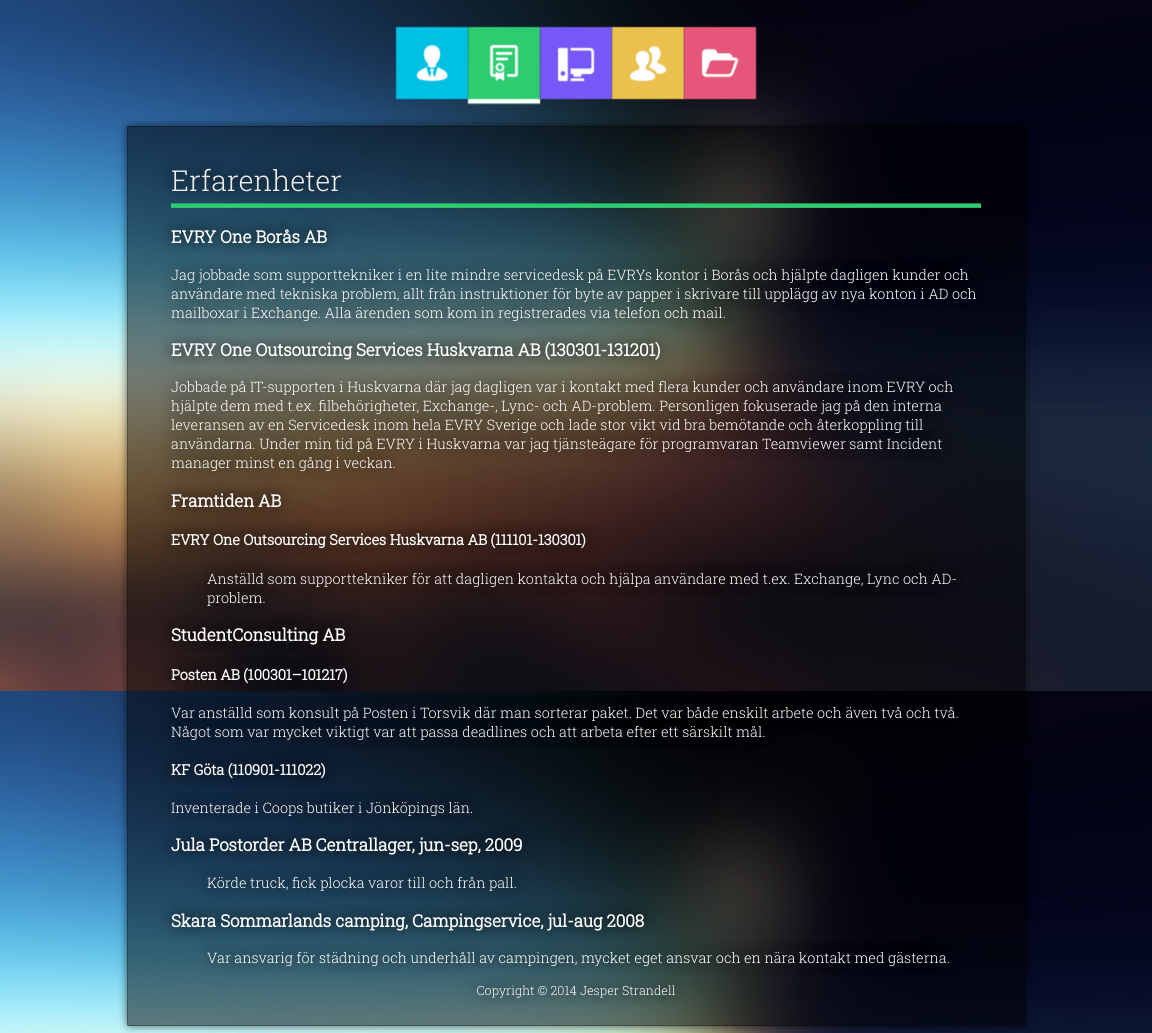
Repository: ja222vv/minipage
Page: pages/experience.html
The author's editor kept a record of every edit. The page is drawn from the files as they stood at one moment, then again after the next edit.
The browser window is 1280 px wide. The pictures show the whole page, at 90% of full size.
Backgrounds fixed to the window are drawn as part of the page.

Above is the page before.
Not found: pages/scripts/script.js

### pages/experience.html
<!doctype html>
<html lang="sv">
    <head>
        <meta charset="UTF-8" />
        <title>Erfarenheter</title>
        <link rel="stylesheet" href="../css/style.css" />
        <link rel="stylesheet" href="../css/hover.css" />
    </head>
    <body>
        <div class="menu">
            <div class="tile blue shrink" id="aboutme">
                <a href="../index.html">
            	<img src="../css/pics/personimage.png" class="icon" />
            	<span class="title"></span>
                </a>
            </div>
            <div class="tile mint active shrink" id="experience">
                <a href="#" id="link_exp">
            	<img src="../css/pics/diploma.png" class="icon" />
            	<span class="title"></span>
            	</a>
            </div>
            <div class="tile purple shrink" id="knowledge">
                <a href="knowledge.html">
            	<img src="../css/pics/workstation.png" class="icon" />
                <span class="title"></span>
                </a>
            </div>
            <div class="tile yellow shrink" id="references">
                <a href="references.html">
                <img src="../css/pics/group.png" class="icon" />
            	<span class="title"></span>
                </a>
            </div>
            <div class="tile red shrink" id="portfolio">
            	<a href="portfolio.html">
            	<img src="../css/pics/folder.png" class="icon" />
            	<span class="title"></span>
            	</a>
            </div>
        </div>
        <div class="container">
		    <div class="headermint">
                <h1>Erfarenheter</h1>
            </div>
            <div class="subcontent">
                <h3>EVRY One Borås AB</h3>
                    Jag jobbade som supporttekniker i en lite mindre servicedesk på EVRYs kontor i Borås och hjälpte dagligen kunder och användare med tekniska problem,
                    allt från instruktioner för byte av papper i skrivare till upplägg av nya konton i AD och mailboxar i Exchange. Alla ärenden som kom in registrerades via telefon och mail.
                <h3>EVRY One Outsourcing Services Huskvarna AB (130301-131201)</h3>
                    Jobbade på IT-supporten i Huskvarna där jag dagligen var i kontakt med flera kunder och användare inom EVRY och hjälpte dem
                    med t.ex. filbehörigheter, Exchange-, Lync- och AD-problem. Personligen fokuserade jag på den interna leveransen av en Servicedesk
                    inom hela EVRY Sverige och lade stor vikt vid bra bemötande och återkoppling till användarna. Under min tid på EVRY i Huskvarna var jag tjänsteägare
                    för programvaran Teamviewer samt Incident manager minst en gång i veckan.
                <h3>Framtiden AB</h3>
                    <h4>EVRY One Outsourcing Services Huskvarna AB (111101-130301)</h4>
                    <ul class="nostyle">
                        Anställd som supporttekniker för att dagligen kontakta och hjälpa användare med t.ex. Exchange, Lync och AD-problem.
                    </ul>
                </ul>
                <h3>StudentConsulting AB</h3>
                    <h4>Posten AB (100301–101217)</h4>
                            Var anställd som konsult på Posten i Torsvik där man sorterar paket. Det var både enskilt arbete och även två och två. Något som var mycket viktigt var att passa deadlines och att arbeta efter ett särskilt mål.
                    <h4>KF Göta (110901-111022)</h4>

                            Inventerade i Coops butiker i Jönköpings län.
                </ul>
                <h3>Jula Postorder AB Centrallager, jun-sep, 2009</h3>
                    <ul class="nostyle">
                        Körde truck, fick plocka varor till och från pall.
                    </ul>
                <h3>Skara Sommarlands camping, Campingservice, jul-aug 2008</h3>
                    <ul class="nostyle">
                        Var ansvarig för städning och underhåll av campingen, mycket eget ansvar och en nära kontakt med gästerna.
                    </ul>
            </div>
		    <div class="footer">
		        <p>Copyright © 2014 Jesper Strandell</p>
		    </div>
        </div>
        <script type="text/javascript" src="scripts/script.js"></script>
    </body>
</html>

### css/style.css
@import url(//fonts.googleapis.com/css?family=Roboto+Slab:300);

@font-face {
    font-family: LeagueScript;
    src: url('LeagueScript.otf');
}

/*
outline: 7px solid rgba(255,255,255,0);
transition: outline .5s ease-out;
position: relative; /* outline */

html {
	background: #000 url(pics/wallpaper.jpg) no-repeat fixed center center;
	background-size: cover;
	overflow-y: scroll;
}

body {
	font-family: 'Roboto slab', serif;
	color: #FFFFFF;
	font-size: 16px;
	text-shadow: 1px 1px 15px #111;
}
img {
    border:none;
}
h1 {
  color: #eee;
  font-weight:normal;
}
.logotype {
    font-family: LeagueScript;
    font-size:36px;
    font-weight: bold;
    margin-left:30px;
    float:left;
}
.meta {
    font-size:20px;
    font-family: LeagueScript;
    text-align:center;
    margin-left:60px;
    float:left;
}
.meta p {
    margin:0;
    text-shadow: -1px -1px 15px #000000;
}
/* Menyn börjar */
.menu {
    width: 400px;
    height: 80px;
    margin-top:30px;
    margin-left:auto;
	margin-right:auto;
}
.headerblue {
    margin-left:auto;
	margin-right:auto;
	border-bottom: solid 5px #00c0e4;
}
.headermint {
    margin-left:auto;
	margin-right:auto;
	border-bottom: solid 5px #2ecc71;
}
.headerpurple {
    margin-left:auto;
	margin-right:auto;
	border-bottom: solid 5px #7658f8;
}
.headeryellow {
    margin-left:auto;
	margin-right:auto;
	border-bottom: solid 5px #eac14d;
}
.headerred {
    margin-left:auto;
	margin-right:auto;
	border-bottom: solid 5px #e6567a;
}
.headerblue h1, .headermint h1, .headerpurple h1, .headeryellow h1, .headerred h1 {
    margin-bottom: 5px;
}
.tile {
    width: 80px;
	height: 80px;
	text-align: center;
	float:left;
}
.tile > a {
	width: inherit;
	height: inherit;
	display: block;
	color: #fff;
	text-decoration: none !important;
}
.active {
    border-bottom:solid 5px #FFFFFF;
}
.blue {
    background-color: #00c0e4;
}
.mint {
    background-color: #2ecc71;
}
.purple {
    background-color: #7658f8;
}
.yellow {
    background-color: #eac14d;
}
.red {
    background-color: #e6567a;
}
.icon {
	max-width:40px;
    max-height:40px;
    width:auto;
    height:auto;
    margin-top:20px;
}
.title {
	display: block;
}
/* Menyn slutar */
/* Innehåll börjar*/
.container {
    padding: 1em 3em;
	width: 900px;
	min-height: 600px;
	margin-top: 30px;
	margin-left:auto;
	margin-right:auto;
	box-shadow: 0 0 10px rgba(0,0,0,.6);
	border-radius: 2px;
	border: 1px solid #000000;
	border: 1px solid rgba(0,0,0,.3);
	background: rgba(0,0,0,.5);
	text-shadow: -1px -1px 15px #000000;
	filter: progid:DXImageTransform.Microsoft.gradient(GradientType=0,startColorstr='#4c000000', endColorstr='#4c000000');

}
.subcontent {
    min-height: 470px;
}
.nostyle {
    list-style:none;
}
.footer {
    font-size: 14px;
    text-align:center;
}
/* Innehåll slutar*/


* {
	-webkit-touch-callout: none;
	-webkit-user-select: none;
	-khtml-user-select: none;
	-moz-user-select: none;
	-ms-user-select: none;
	user-select: none;
}

Loaded but not shown: css/hover.css (2067 lines, source omitted)

After the next edit:
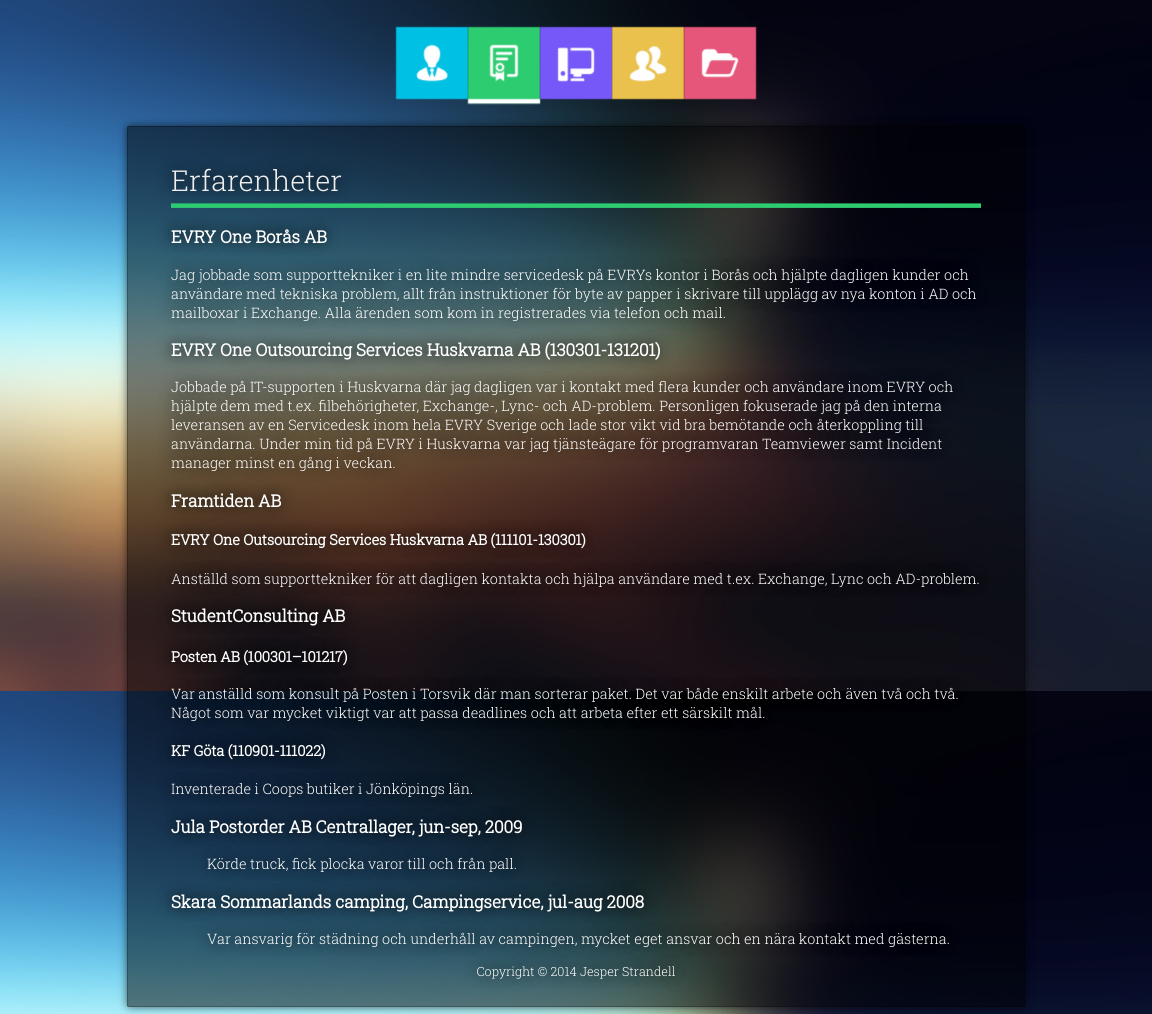
The edit:
--- a/pages/experience.html
+++ b/pages/experience.html
@@ -54,10 +54,7 @@
                     för programvaran Teamviewer samt Incident manager minst en gång i veckan.
                 <h3>Framtiden AB</h3>
                     <h4>EVRY One Outsourcing Services Huskvarna AB (111101-130301)</h4>
-                    <ul class="nostyle">
                         Anställd som supporttekniker för att dagligen kontakta och hjälpa användare med t.ex. Exchange, Lync och AD-problem.
-                    </ul>
-                </ul>
                 <h3>StudentConsulting AB</h3>
                     <h4>Posten AB (100301–101217)</h4>
                             Var anställd som konsult på Posten i Torsvik där man sorterar paket. Det var både enskilt arbete och även två och två. Något som var mycket viktigt var att passa deadlines och att arbeta efter ett särskilt mål.
